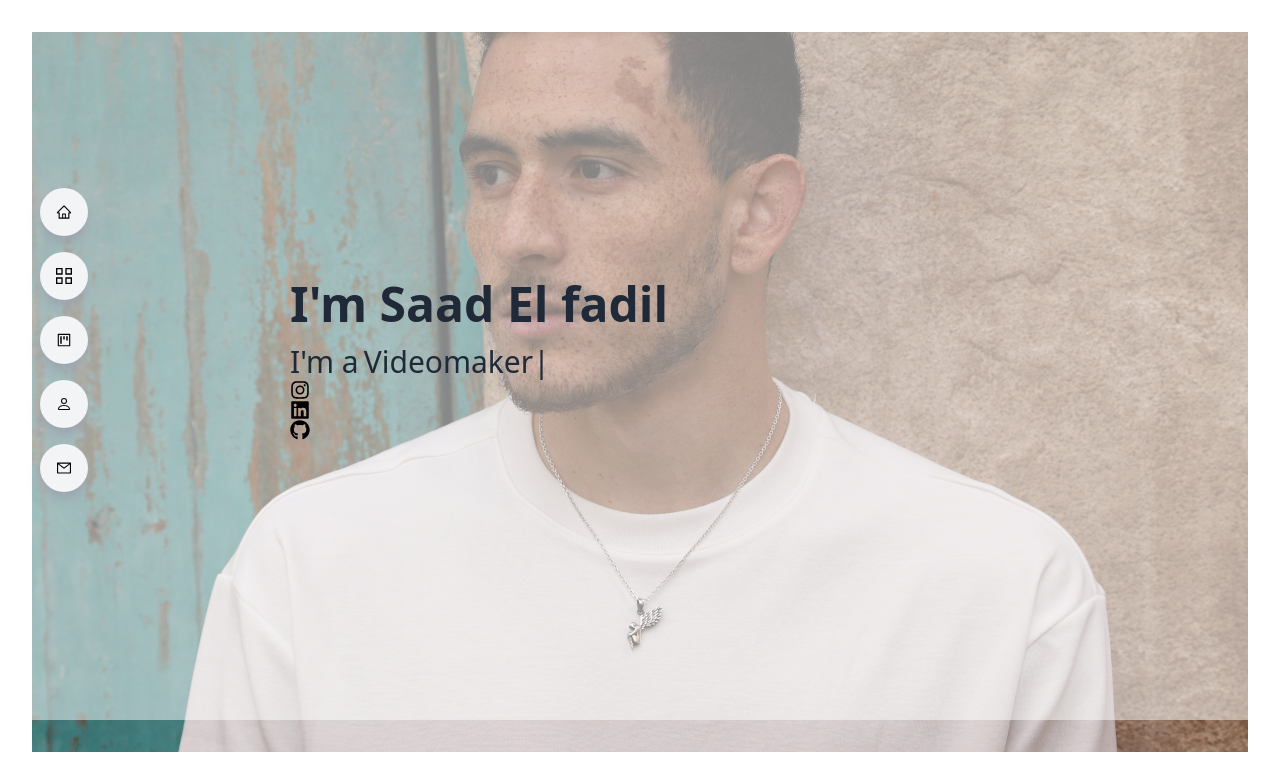
Repository: Saadelfadil/saadelfadil.github.io
Page: /
The author's editor kept a copy of each file at every save. The page is drawn from the files as they stood at one save, then again after a run of saves.
The browser window is 1280 px wide. The pictures show the whole page.
The project was rebuilt for these pictures with package versions that can differ from the ones it lists, and the page was loaded fresh each time. Also part of the build but not shown: vite.config.js.

Above is the page before, as saved 2023-02-26 17:06:58.

After the next 5 saves:
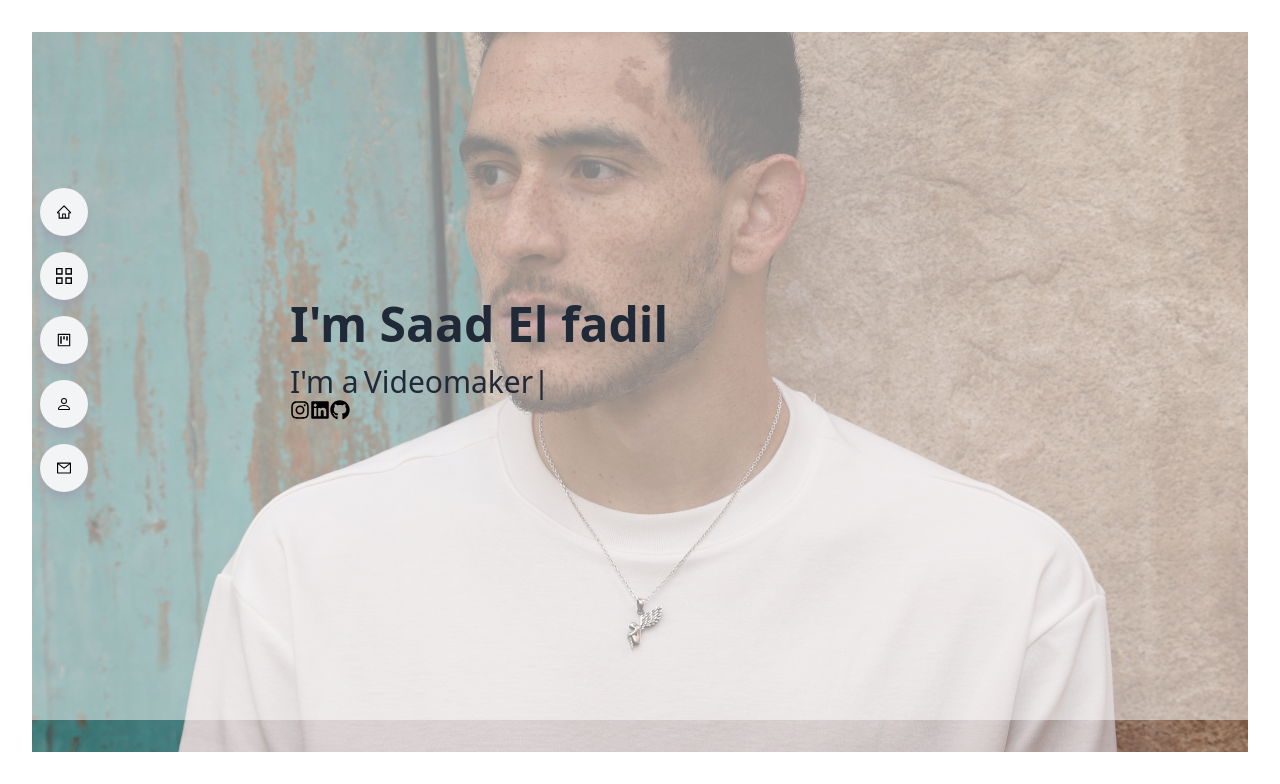
The 5 saves are shown as one change because they came seconds apart.
The last was saved 15 s later.
--- a/src/components/Main.jsx
+++ b/src/components/Main.jsx
@@ -23,7 +23,7 @@ const Main = () => {
                         style={{ fontSize: '1em', paddingLeft: "5px" }}
                     />
                 </h2>
-                <div className="">
+                <div className="flex justify-between max-w">
                         <FaInstagram size={20} className="cursor-pointer"/>
                         <FaLinkedin size={20} className="cursor-pointer"/>
                         <FaGithub size={20} className="cursor-pointer"/>
